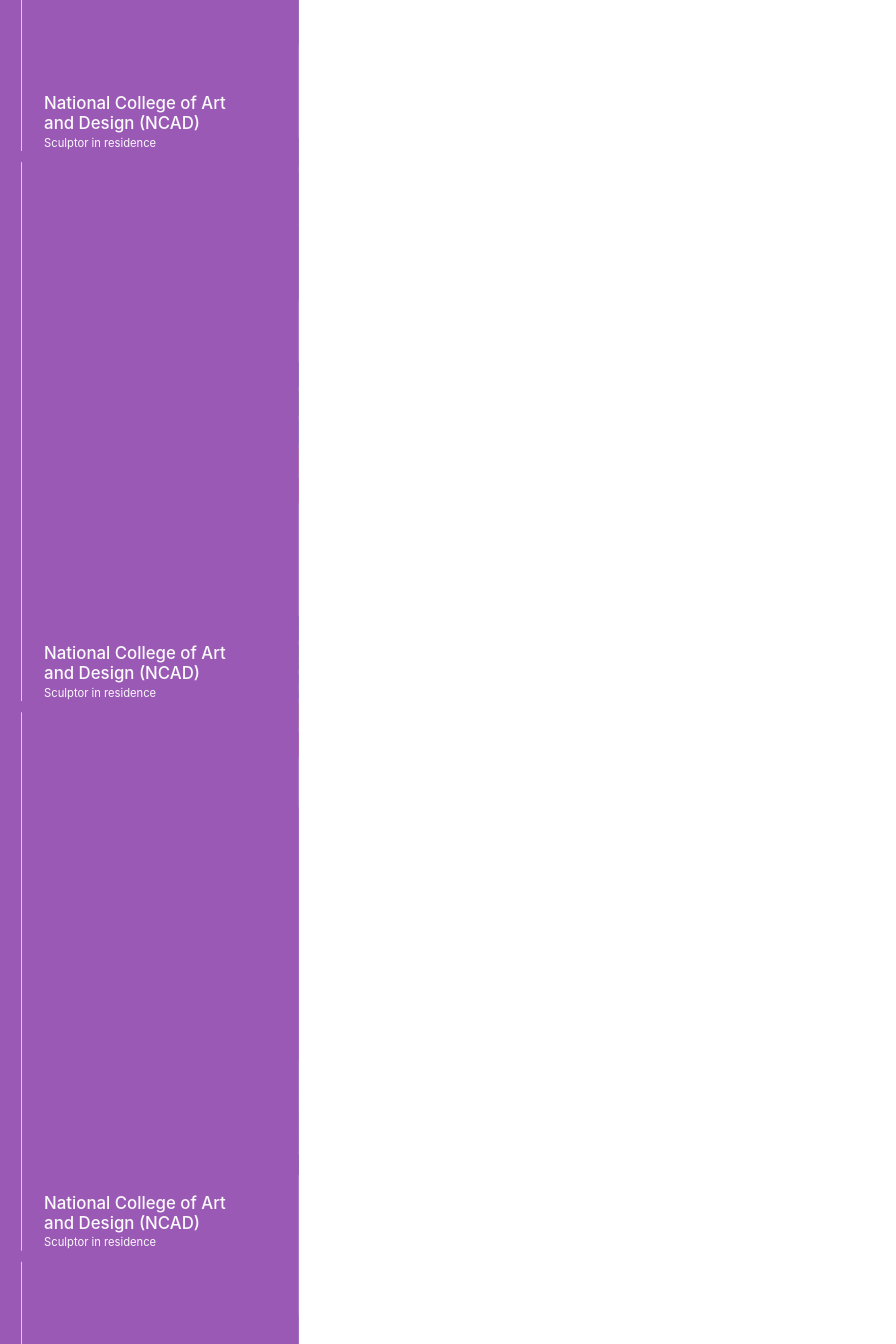
Repository: armedcor/resume-project
Page: resume.html
The author's editor kept a record of every edit. The page is drawn from the files as they stood at one moment, then again after the next edit.
The browser window is 1280 px wide. The pictures show the part of the page from y = 1031 to 2951 px (the page is 3810 px tall), at 70% of full size.

Above is the page before.

After the next edit:
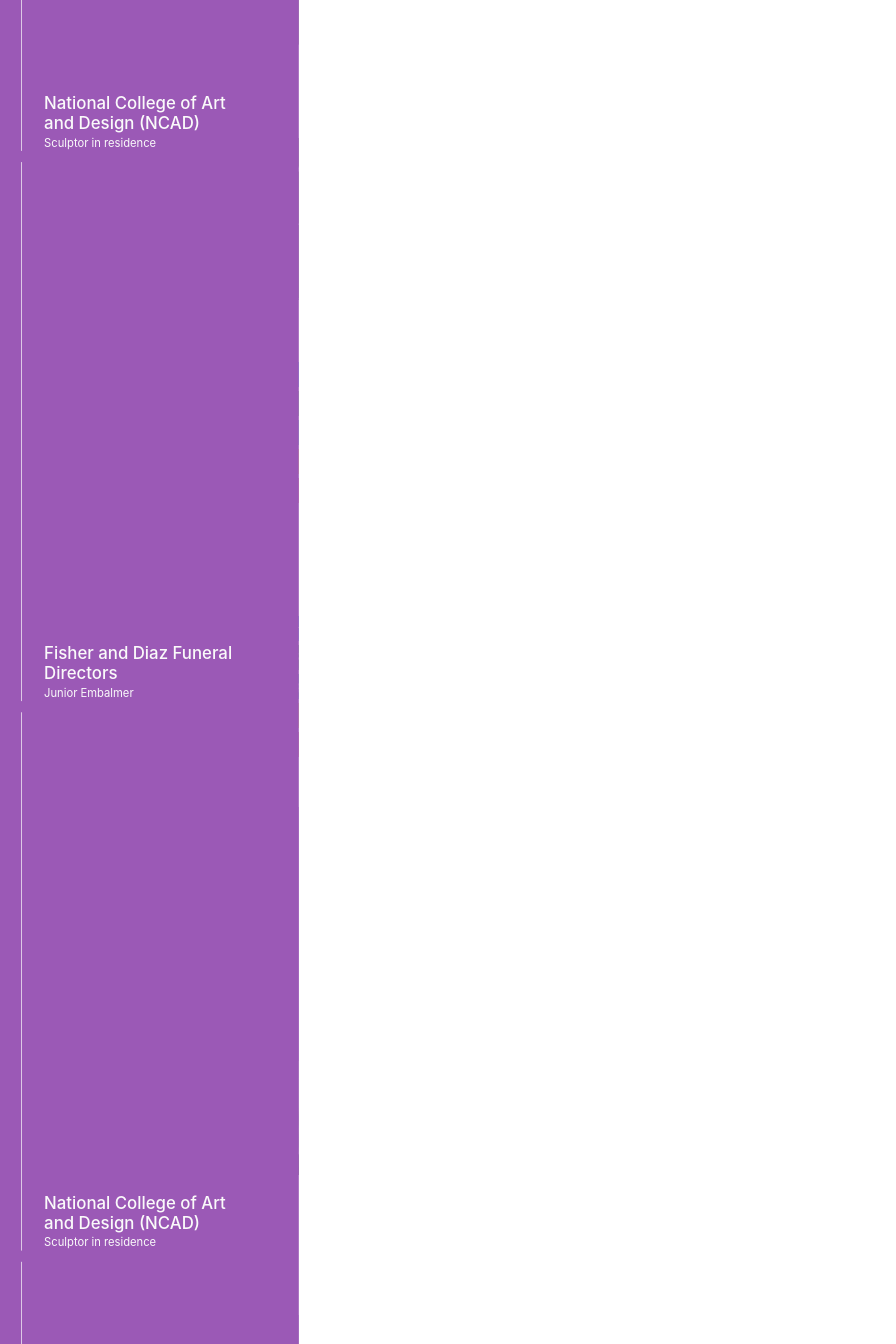
The edit:
--- a/resume.html
+++ b/resume.html
@@ -59,9 +59,9 @@
                         <h4>National College of Art and Design (NCAD)</h4>
                         <p>Sculptor in residence</p>
                     </div>
-                    <div class="timeline-item" data-dates="02/1998 - 04/2004">
-                        <h4>National College of Art and Design (NCAD)</h4>
-                        <p>Sculptor in residence</p>
+                    <div class="timeline-item" data-dates="04/2004 - 06/2008">
+                        <h4>Fisher and Diaz Funeral Directors</h4>
+                        <p>Junior Embalmer</p>
                     </div>
                     <div class="timeline-item" data-dates="02/1998 - 04/2004">
                         <h4>National College of Art and Design (NCAD)</h4>
